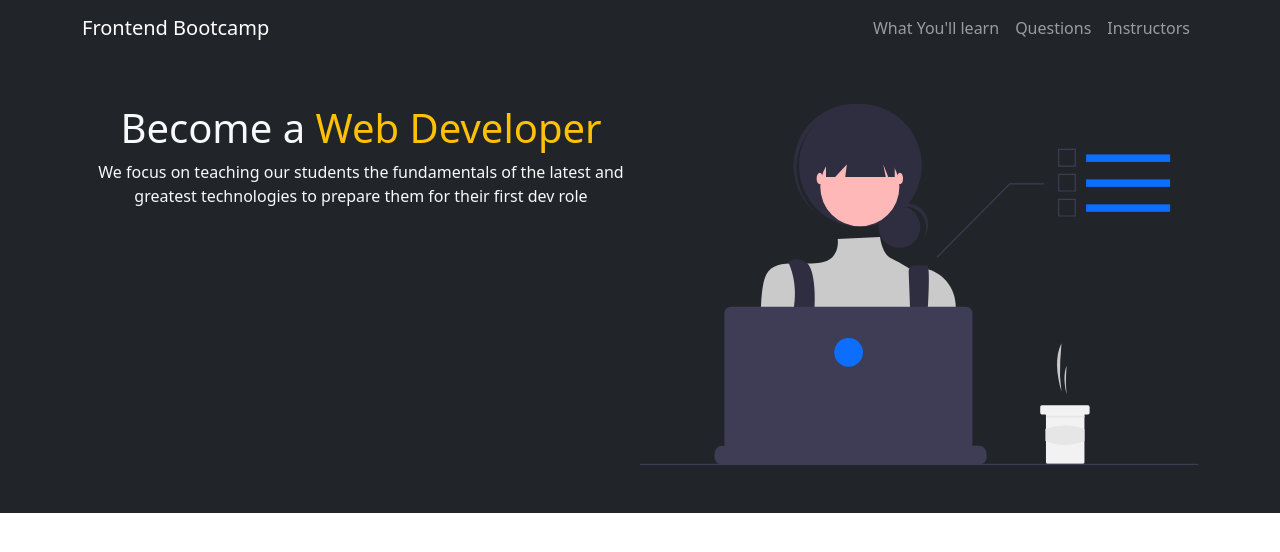
Repository: Marhamat92/Bootstrap5-Responsive-Website-
Page: index.html
These files come from the project's save history. The page is drawn as it stood at one moment and after the next save; the edit follows.
The browser window is 1280 px wide. The pictures show the whole page.

Above is the page before, as saved 2021-09-18 16:12:58.

### index.html
<!DOCTYPE html>
<html lang="en">

<head>
    <meta charset="UTF-8">
    <meta http-equiv="X-UA-Compatible" content="IE=edge">
    <meta name="viewport" content="width=device-width, initial-scale=1.0">
    <link href="https://cdn.jsdelivr.net/npm/bootstrap@5.0.2/dist/css/bootstrap.min.css" rel="stylesheet"
        integrity="sha384-EVSTQN3/azprG1Anm3QDgpJLIm9Nao0Yz1ztcQTwFspd3yD65VohhpuuCOmLASjC" crossorigin="anonymous">
    <link rel="stylesheet" href="style.css">
    <title>Frontend Bootcamp</title>

</head>

<body>
    <!--Navbar-->
    <nav class="navbar navbar-expand-lg bg-dark navbar-dark">
        <div class="container">
            <a href="#" class="navbar-brand">Frontend Bootcamp</a>
            <button class="navbar-toggler" type="button" data-bs-toggle="collapse" data-bs-target="#navmenu">
                <span class="navbar-toggler-icon"></span>
            </button>
            <div class="collapse navbar-collapse" id="navmenu">
                <ul class="navbar-nav ms-auto">
                    <li class="nav-item">
                        <a href="#learn" class="nav-link">What You'll learn</a>
                    </li>
                    <li class="nav-item">
                        <a href="#questions" class="nav-link">Questions</a>
                    </li>
                    <li class="nav-item">
                        <a href="#instructors" class="nav-link">Instructors</a>
                    </li>
                </ul>
            </div>
        </div>
    </nav>

<!--Showcase-->

<section class="bg-dark text-light p-5 text-center">
    <div class="container">
      <div class="d-sm-flex">
          <div>
              <h1>Become a <span class="text-warning">Web Developer</span> </h1>
              <p>We focus on teaching our students the fundamentals of the latest and
                  greatest technologies to prepare them for their first dev role
              </p>
          </div>
          <img class="img-fluid w-50" src="img/showcase.svg" alt="showcase">
      </div>
    </div>
</section>
























    <script src="https://cdn.jsdelivr.net/npm/bootstrap@5.0.2/dist/js/bootstrap.bundle.min.js"
        integrity="sha384-MrcW6ZMFYlzcLA8Nl+NtUVF0sA7MsXsP1UyJoMp4YLEuNSfAP+JcXn/tWtIaxVXM" crossorigin="anonymous">
    </script>
</body>

</html>

Loaded but not shown: style.css (no copy from this time; the picture is the same without it)

After the next save:
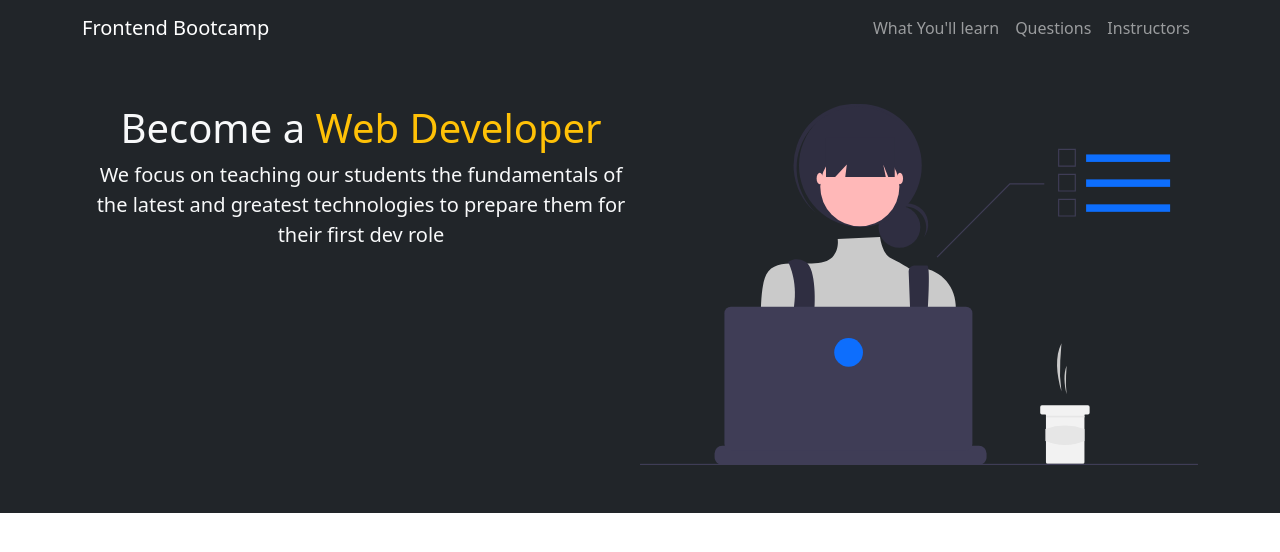
Saved 31 s later.
--- a/index.html
+++ b/index.html
@@ -43,7 +43,7 @@
       <div class="d-sm-flex">
           <div>
               <h1>Become a <span class="text-warning">Web Developer</span> </h1>
-              <p>We focus on teaching our students the fundamentals of the latest and
+              <p class="lead">We focus on teaching our students the fundamentals of the latest and
                   greatest technologies to prepare them for their first dev role
               </p>
           </div>
